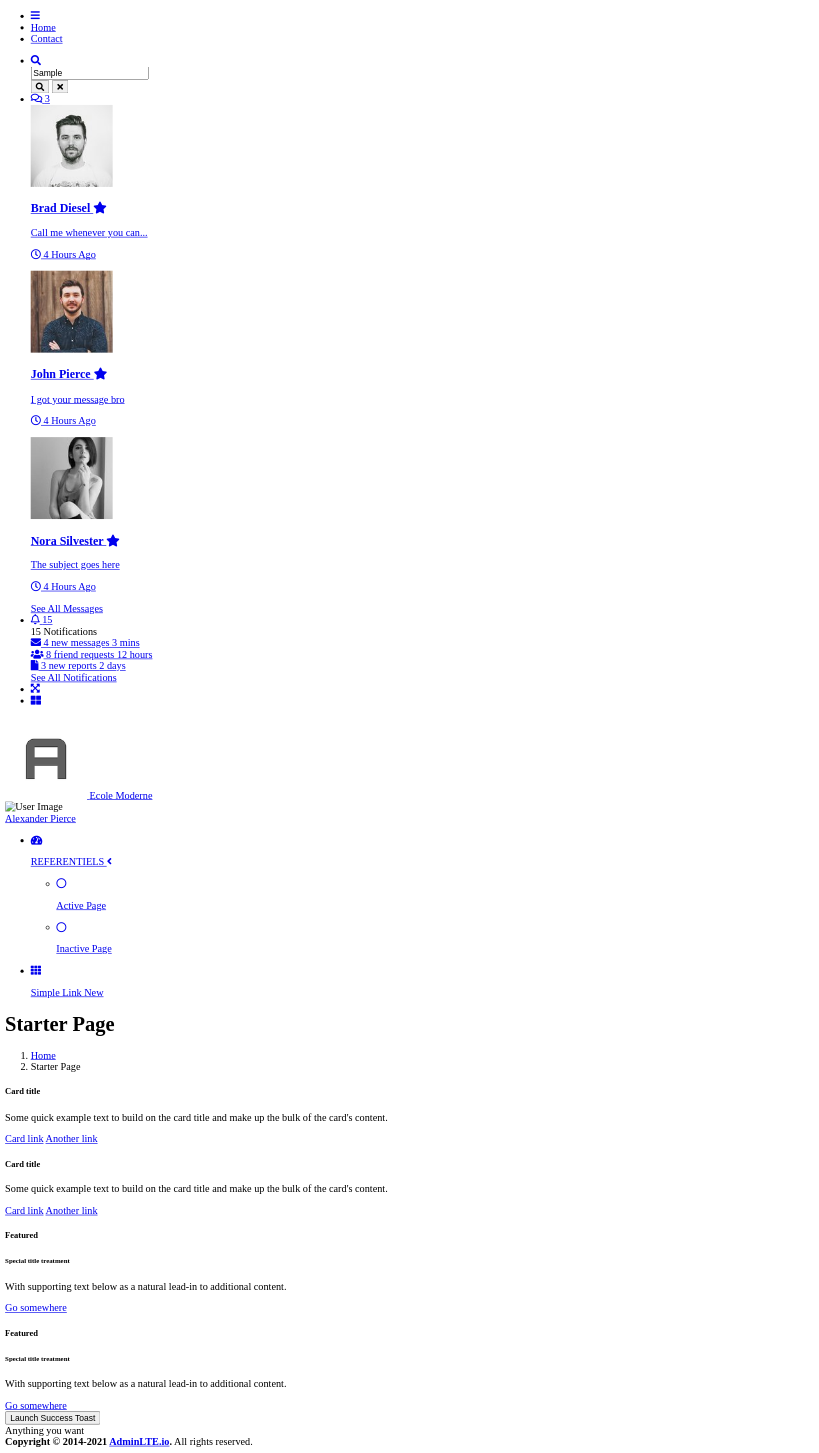
Repository: alangetelengo/SchoolV1
Page: http://localhost/
The author's editor kept a copy of each file at every save. The page is drawn from the files as they stood at one save, then again after a run of saves.
The browser window is 1280 px wide. The pictures show the whole page, at 64% of full size.
Empty fields were first filled with sample values (such as "Sample", 5 or name@example.com).
After loading, the first visible `button.btn-success` was clicked once.
Some web fonts or font styles are not loaded; a fallback is used. The page is served by the project's Laravel application, run on PHP 8.4 with Laravel 9. Other server files are loaded and not shown.

Above is the page before, as saved 2023-04-19 13:42:53.
Console error: ReferenceError: swall is not defined

### routes/web.php
<?php

use Illuminate\Support\Facades\Route;

/*
|--------------------------------------------------------------------------
| Web Routes
|--------------------------------------------------------------------------
|
| Here is where you can register web routes for your application. These
| routes are loaded by the RouteServiceProvider within a group which
| contains the "web" middleware group. Now create something great!
|
*/

Route::get('/', function () {
    return view('accueil');
});

### resources/views/accueil.blade.php
@extends("layouts.app")
@section("corps")

<div class="content-wrapper">
    <div class="content-header">
        <div class="container-fluid">
            <div class="row mb-2">
                <div class="col-sm-6">
                    <h1 class="m-0">Starter Page</h1>
                </div>
                <div class="col-sm-6">
                    <ol class="breadcrumb float-sm-right">
                        <li class="breadcrumb-item"><a href="#">Home</a></li>
                        <li class="breadcrumb-item active">Starter Page</li>
                    </ol>
                </div>
            </div>
        </div>
    </div>
    <div class="content">
        <div class="container-fluid">
            <div class="row">
                <div class="col-lg-6">
                    <div class="card">
                        <div class="card-body">
                            <h5 class="card-title">Card title</h5>
                            <p class="card-text">
                                Some quick example text to build on the card title and make up the bulk of the card's
                                content.
                            </p>
                            <a href="#" class="card-link">Card link</a>
                            <a href="#" class="card-link">Another link</a>
                        </div>
                    </div>
                    <div class="card card-primary card-outline">
                        <div class="card-body">
                            <h5 class="card-title">Card title</h5>
                            <p class="card-text">
                                Some quick example text to build on the card title and make up the bulk of the card's
                                content.
                            </p>
                            <a href="#" class="card-link">Card link</a>
                            <a href="#" class="card-link">Another link</a>
                        </div>
                    </div>
                </div>

                <div class="col-lg-6">
                    <div class="card">
                        <div class="card-header">
                            <h5 class="m-0">Featured</h5>
                        </div>
                        <div class="card-body">
                            <h6 class="card-title">Special title treatment</h6>
                            <p class="card-text">With supporting text below as a natural lead-in to additional content.</p>
                            <a href="#" class="btn btn-primary">Go somewhere</a>
                        </div>
                    </div>
                    <div class="card card-primary card-outline">
                        <div class="card-header">
                            <h5 class="m-0">Featured</h5>
                        </div>
                        <div class="card-body">
                            <h6 class="card-title">Special title treatment</h6>
                            <p class="card-text">With supporting text below as a natural lead-in to additional content.</p>
                            <a href="#" class="btn btn-primary">Go somewhere</a>
                        </div>

                        <button type="button" class="btn btn-success swalDefaultSuccess">
                            Launch Success Toast
                            </button
                    </div>
                </div>
            </div>
        </div>
    </div>
</div>


@endsection
@section('scripts')
    <script>
       toastr.success("message,title");
        $(function(){
            $('.swalDefaultSuccess').click(function() {
                swall.fire({
                    icon: 'success',
                    title: 'Lorem ipsum dolor sit amet, consetetur sadipscing elitr.'
                })
            });
        });
    </script>
@endsection

### resources/views/layouts/app.blade.php
<!DOCTYPE html>
<html lang="{{ str_replace('_', '-', app()->getLocale()) }}">
    <head>
        <meta charset="utf-8">
        <meta name="viewport" content="width=device-width, initial-scale=1">

        <title>Laravel</title>

        <!-- Fonts -->
        <link href="https://fonts.bunny.net/css2?family=Nunito:wght@400;600;700&display=swap" rel="stylesheet">


        <link rel="stylesheet" href="https://fonts.googleapis.com/css?family=Source+Sans+Pro:300,400,400i,700&display=fallback">

        <link rel="stylesheet" href="{{ asset("plugins/fontawesome-free/css/all.min.css") }}">

        <link rel="stylesheet" href="{{ asset('plugins/sweetalert2-theme-bootstrap-4/bootstrap-4.min.css') }}">

        <link rel="stylesheet" href="{{ asset('plugins/toastr/toastr.min.css')}} ">

        <link rel="stylesheet" href="{{ asset("dist/css/adminlte.min.css?v=3.2.0") }}">

        @yield('styles')

    </head>
    <body class="hold-transition sidebar-mini">
        <div class="wrapper">
            @include("layouts.header")
            @include("layouts.sidebar")

            @yield("corps")

            @include("layouts.footer")
        </div>

    </body>
</html>

### resources/views/layouts/header.blade.php
<nav class="main-header navbar navbar-expand navbar-white navbar-light">

    <ul class="navbar-nav">
        <li class="nav-item">
        <a class="nav-link" data-widget="pushmenu" href="#" role="button"><i class="fas fa-bars"></i></a>
        </li>
        <li class="nav-item d-none d-sm-inline-block">
        <a href="index3.html" class="nav-link">Home</a>
        </li>
        <li class="nav-item d-none d-sm-inline-block">
        <a href="#" class="nav-link">Contact</a>
        </li>
    </ul>

    <ul class="navbar-nav ml-auto">

        <li class="nav-item">
            <a class="nav-link" data-widget="navbar-search" href="#" role="button">
                <i class="fas fa-search"></i>
            </a>
            <div class="navbar-search-block">
                <form class="form-inline">
                    <div class="input-group input-group-sm">
                        <input class="form-control form-control-navbar" type="search" placeholder="Search" aria-label="Search">
                        <div class="input-group-append">
                            <button class="btn btn-navbar" type="submit">
                                <i class="fas fa-search"></i>
                            </button>
                            <button class="btn btn-navbar" type="button" data-widget="navbar-search">
                                <i class="fas fa-times"></i>
                            </button>
                        </div>
                    </div>
                </form>
            </div>
        </li>

        <li class="nav-item dropdown">
                <a class="nav-link" data-toggle="dropdown" href="#">
                <i class="far fa-comments"></i>
                <span class="badge badge-danger navbar-badge">3</span>
                </a>
                <div class="dropdown-menu dropdown-menu-lg dropdown-menu-right">
                <a href="#" class="dropdown-item">

                <div class="media">
                <img src="dist/img/user1-128x128.jpg" alt="User Avatar" class="img-size-50 mr-3 img-circle">
                <div class="media-body">
                <h3 class="dropdown-item-title">
                Brad Diesel
                <span class="float-right text-sm text-danger"><i class="fas fa-star"></i></span>
                </h3>
                <p class="text-sm">Call me whenever you can...</p>
                <p class="text-sm text-muted"><i class="far fa-clock mr-1"></i> 4 Hours Ago</p>
                </div>
                </div>

                </a>
                <div class="dropdown-divider"></div>
                <a href="#" class="dropdown-item">

                <div class="media">
                <img src="dist/img/user8-128x128.jpg" alt="User Avatar" class="img-size-50 img-circle mr-3">
                <div class="media-body">
                <h3 class="dropdown-item-title">
                John Pierce
                <span class="float-right text-sm text-muted"><i class="fas fa-star"></i></span>
                </h3>
                <p class="text-sm">I got your message bro</p>
                <p class="text-sm text-muted"><i class="far fa-clock mr-1"></i> 4 Hours Ago</p>
                </div>
                </div>

                </a>
                <div class="dropdown-divider"></div>
                <a href="#" class="dropdown-item">

                <div class="media">
                <img src="dist/img/user3-128x128.jpg" alt="User Avatar" class="img-size-50 img-circle mr-3">
                <div class="media-body">
                <h3 class="dropdown-item-title">
                Nora Silvester
                <span class="float-right text-sm text-warning"><i class="fas fa-star"></i></span>
                </h3>
                <p class="text-sm">The subject goes here</p>
                <p class="text-sm text-muted"><i class="far fa-clock mr-1"></i> 4 Hours Ago</p>
                </div>
                </div>

                </a>
                <div class="dropdown-divider"></div>
                <a href="#" class="dropdown-item dropdown-footer">See All Messages</a>
                </div>
        </li>

        <li class="nav-item dropdown">
                <a class="nav-link" data-toggle="dropdown" href="#">
                <i class="far fa-bell"></i>
                <span class="badge badge-warning navbar-badge">15</span>
                </a>
                <div class="dropdown-menu dropdown-menu-lg dropdown-menu-right">
                <span class="dropdown-header">15 Notifications</span>
                <div class="dropdown-divider"></div>
                <a href="#" class="dropdown-item">
                <i class="fas fa-envelope mr-2"></i> 4 new messages
                <span class="float-right text-muted text-sm">3 mins</span>
                </a>
                <div class="dropdown-divider"></div>
                <a href="#" class="dropdown-item">
                <i class="fas fa-users mr-2"></i> 8 friend requests
                <span class="float-right text-muted text-sm">12 hours</span>
                </a>
                <div class="dropdown-divider"></div>
                <a href="#" class="dropdown-item">
                <i class="fas fa-file mr-2"></i> 3 new reports
                <span class="float-right text-muted text-sm">2 days</span>
                </a>
                <div class="dropdown-divider"></div>
                <a href="#" class="dropdown-item dropdown-footer">See All Notifications</a>
                </div>
        </li>
        <li class="nav-item">
            <a class="nav-link" data-widget="fullscreen" href="#" role="button">
            <i class="fas fa-expand-arrows-alt"></i>
            </a>
        </li>
        <li class="nav-item">
            <a class="nav-link" data-widget="control-sidebar" data-slide="true" href="#" role="button">
            <i class="fas fa-th-large"></i>
            </a>
        </li>
    </ul>
</nav>

### resources/views/layouts/sidebar.blade.php
<aside class="main-sidebar sidebar-dark-primary elevation-4">

    <a href="index3.html" class="brand-link">
        <img src="dist/img/AdminLTELogo.png" alt="Ecole Logo" class="brand-image img-circle elevation-3" style="opacity: .8">
        <span class="brand-text font-weight-light">Ecole Moderne</span>
    </a>

    <div class="sidebar">

        <div class="user-panel mt-3 pb-3 mb-3 d-flex">
            <div class="image">
                <img src="#" class="img-circle elevation-2" alt="User Image">
            </div>
            <div class="info">
                <a href="#" class="d-block">Alexander Pierce</a>
            </div>
        </div>

        {{-- <div class="form-inline">
            <div class="input-group" data-widget="sidebar-search">
                <input class="form-control form-control-sidebar" type="search" placeholder="Search" aria-label="Search">
                <div class="input-group-append">
                    <button class="btn btn-sidebar">
                        <i class="fas fa-search fa-fw"></i>
                    </button>
                </div>
            </div>
        </div> --}}

        <nav class="mt-2">
            <ul class="nav nav-pills nav-sidebar flex-column" data-widget="treeview" role="menu" data-accordion="false">

                <li class="nav-item menu-close">
                    <a href="#" class="nav-link active">
                        <i class="nav-icon fas fa-tachometer-alt"></i>
                        <p>
                           REFERENTIELS
                            <i class="right fas fa-angle-left"></i>
                        </p>
                    </a>
                    <ul class="nav nav-treeview">
                        <li class="nav-item">
                            <a href="#" class="nav-link active">
                                <i class="far fa-circle nav-icon"></i>
                                <p>Active Page</p>
                            </a>
                        </li>
                        <li class="nav-item">
                            <a href="#" class="nav-link">
                                <i class="far fa-circle nav-icon"></i>
                                <p>Inactive Page</p>
                            </a>
                        </li>
                    </ul>
                </li>
                <li class="nav-item">
                    <a href="#" class="nav-link">
                        <i class="nav-icon fas fa-th"></i>
                        <p>
                            Simple Link
                            <span class="right badge badge-danger">New</span>
                        </p>
                    </a>
                </li>
            </ul>
        </nav>

    </div>
</aside>

### resources/views/layouts/footer.blade.php

    <aside class="control-sidebar control-sidebar-dark">

        <div class="p-3">
            <h5>Title</h5>
            <p>Sidebar content</p>
        </div>
    </aside>


    <footer class="main-footer">

        <div class="float-right d-none d-sm-inline">
            Anything you want
        </div>

        <strong>Copyright &copy; 2014-2021 <a href="https://adminlte.io">AdminLTE.io</a>.</strong> All rights reserved.
    </footer>
    </div>



    <script src="{{ asset('plugins/jquery/jquery.min.js') }}"></script>

    <script src="{{ asset('plugins/bootstrap/js/bootstrap.bundle.min.js') }}"></script>

    <script src="{{ asset('plugins/sweetalert2/sweetalert2.min.js') }}"></script>

    <script src="{{ asset('plugins/toastr/toastr.min.js') }}"></script>

    <script src="{{ asset('dist/js/adminlte.min.js?v=3.2.0') }}"></script>


    <script>
        $(function(){

        $.ajaxSetup({
            headers: {
                'X-CSRF-TOKEN': $('meta[name="csrf-token"]').attr('content')
            }
        });
        });

        function notification(type,message,title=null)
        {
            switch (type) {
            case "success":
                toastr.success(message,title);
                break;

            case "warning":
                toastr.warning(message,title);
                break;

            case "error":
                toastr.error(message,title);
                break;

            default:
                break;
            }
        }
    </script>

    @yield('scripts')

Loaded but not shown: public/plugins/fontawesome-free/css/all.min.css (library); public/plugins/sweetalert2-theme-bootstrap-4/bootstrap-4.min.css (library); public/plugins/toastr/toastr.min.css (library); public/plugins/jquery/jquery.min.js (library); public/plugins/bootstrap/js/bootstrap.bundle.min.js (library); public/plugins/sweetalert2/sweetalert2.min.js (library); public/plugins/toastr/toastr.min.js (library); public/dist/js/adminlte.min.js (library)

After the next 2 saves:
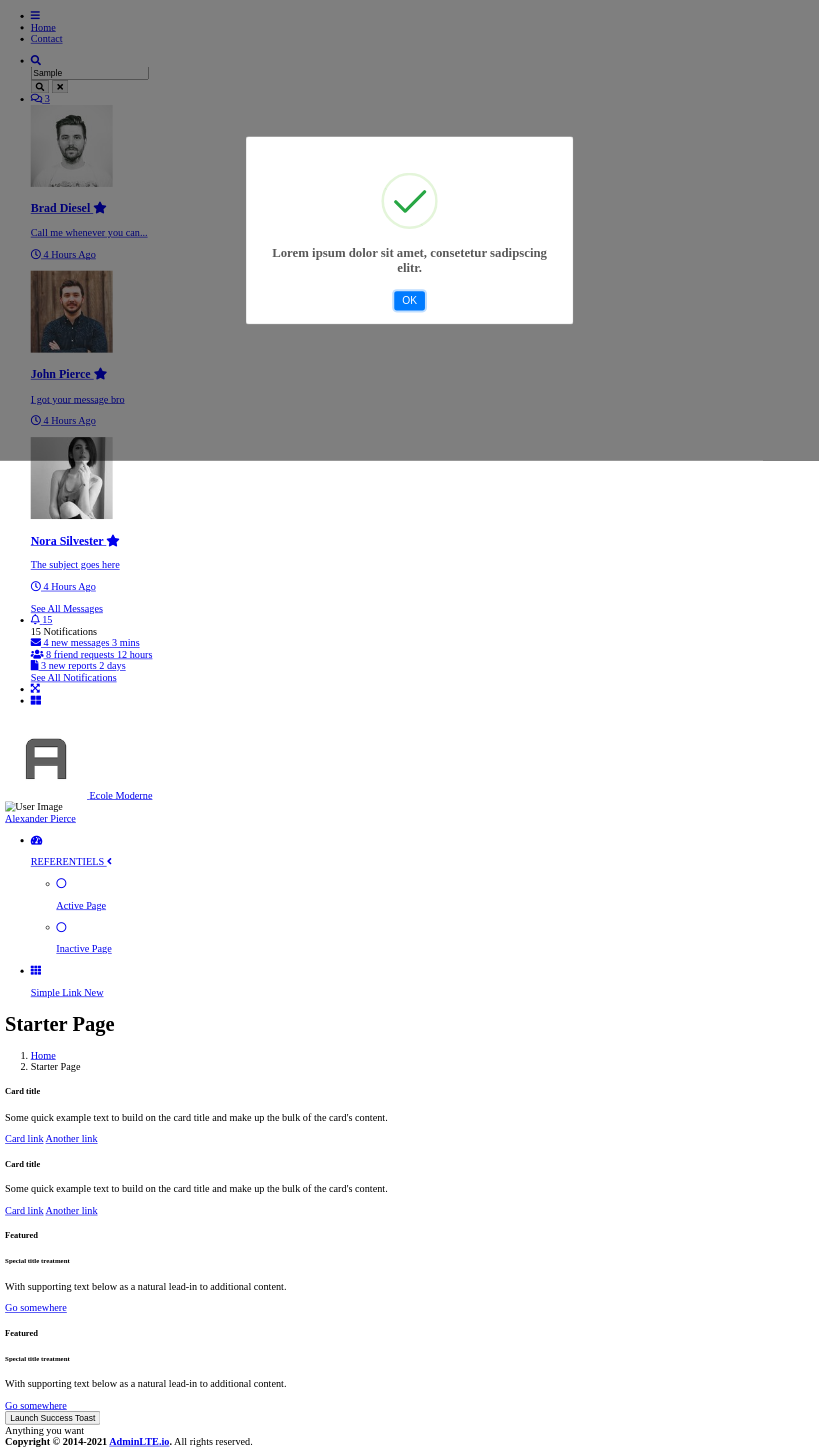
The error is gone.
The 2 saves are shown as one change because they came seconds apart.
The last was saved 8 s later.
--- a/resources/views/accueil.blade.php
+++ b/resources/views/accueil.blade.php
@@ -83,7 +83,7 @@
        toastr.success("message,title");
         $(function(){
             $('.swalDefaultSuccess').click(function() {
-                swall.fire({
+                Swal.fire({
                     icon: 'success',
                     title: 'Lorem ipsum dolor sit amet, consetetur sadipscing elitr.'
                 })
